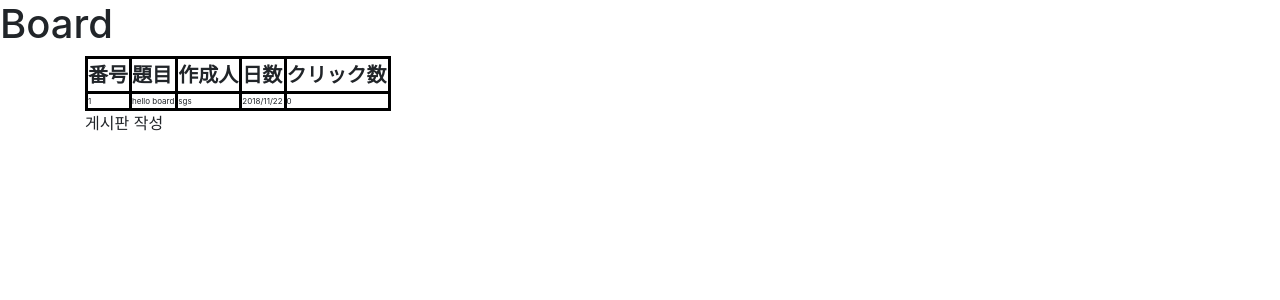
Repository: songgisung/study_web
Page: 20181126/test/board/WebContent/board.html
The author's editor kept a copy of each file at every save. The page is drawn from the files as they stood at one save, then again after the next save.
The browser window is 1280 px wide. The pictures show the whole page.

Above is the page before, as saved 2018-11-26 02:09:30.

### 20181126/test/board/WebContent/board.html
<!DOCTYPE html>
<html>
	<head>
		<meta charset="UTF-8">
		<meta name="viewport" content="width=device-width, initial-scale=1, shrink-to-fit=no">
		<title>Insert title here</title>

		<link rel="stylesheet" href="https://stackpath.bootstrapcdn.com/bootstrap/4.1.3/css/bootstrap.min.css" integrity="sha384-MCw98/SFnGE8fJT3GXwEOngsV7Zt27NXFoaoApmYm81iuXoPkFOJwJ8ERdknLPMO" crossorigin="anonymous">
		<link rel="stylesheet" href="css/board.css">
	</head>
<body>
	<h1>Board</h1>
	<div class="container">
		<table class="table_">
			<tr>
				<th>番号</th>
				<th>題目</th>
				<th>作成人</th>
				<th>日数</th>
				<th>クリック数</th>
			</tr>
			<tr>
				<td>1</td>
				<td>hello board</td>
				<td>sgs</td>
				<td>2018/11/22</td>
				<td>0</td>
			</tr>
		</table>
		<from action="BoardWriter.html" method="post">게시판 작성</from>
	</div>
	<script src="https://code.jquery.com/jquery-3.3.1.slim.min.js" integrity="sha384-q8i/X+965DzO0rT7abK41JStQIAqVgRVzpbzo5smXKp4YfRvH+8abtTE1Pi6jizo" crossorigin="anonymous"></script>
	<script src="https://cdnjs.cloudflare.com/ajax/libs/popper.js/1.14.3/umd/popper.min.js" integrity="sha384-ZMP7rVo3mIykV+2+9J3UJ46jBk0WLaUAdn689aCwoqbBJiSnjAK/l8WvCWPIPm49" crossorigin="anonymous"></script>
	<script src="https://stackpath.bootstrapcdn.com/bootstrap/4.1.3/js/bootstrap.min.js" integrity="sha384-ChfqqxuZUCnJSK3+MXmPNIyE6ZbWh2IMqE241rYiqJxyMiZ6OW/JmZQ5stwEULTy" crossorigin="anonymous"></script>
</body>
</html>

### 20181126/test/board/WebContent/css/board.css
@charset "UTF-8";

.table_{

	margin:0px;
	font-size: 20px;
}
.cell{

}

.table_ th{
	padding-left: 0px;
	margin:10px;
	border:3px black solid;
	font-szie :10px
}
.table_ td{
	padding-left: 0px;
	margin:10px;
	border:3px black solid;
	font-size:8px
}

After the next save:
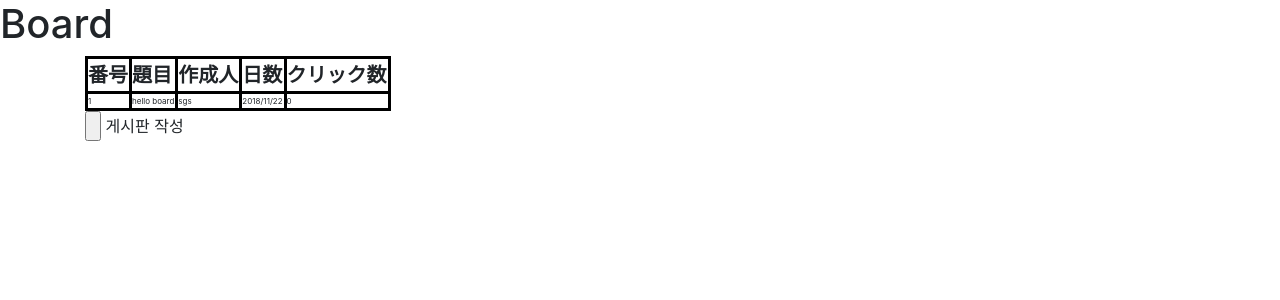
Saved 20 min 27 s later.
--- a/20181126/test/board/WebContent/board.html
+++ b/20181126/test/board/WebContent/board.html
@@ -27,6 +27,7 @@
 				<td>0</td>
 			</tr>
 		</table>
+		<input type="button" name="게시판작성">
 		<from action="BoardWriter.html" method="post">게시판 작성</from>
 	</div>
 	<script src="https://code.jquery.com/jquery-3.3.1.slim.min.js" integrity="sha384-q8i/X+965DzO0rT7abK41JStQIAqVgRVzpbzo5smXKp4YfRvH+8abtTE1Pi6jizo" crossorigin="anonymous"></script>
